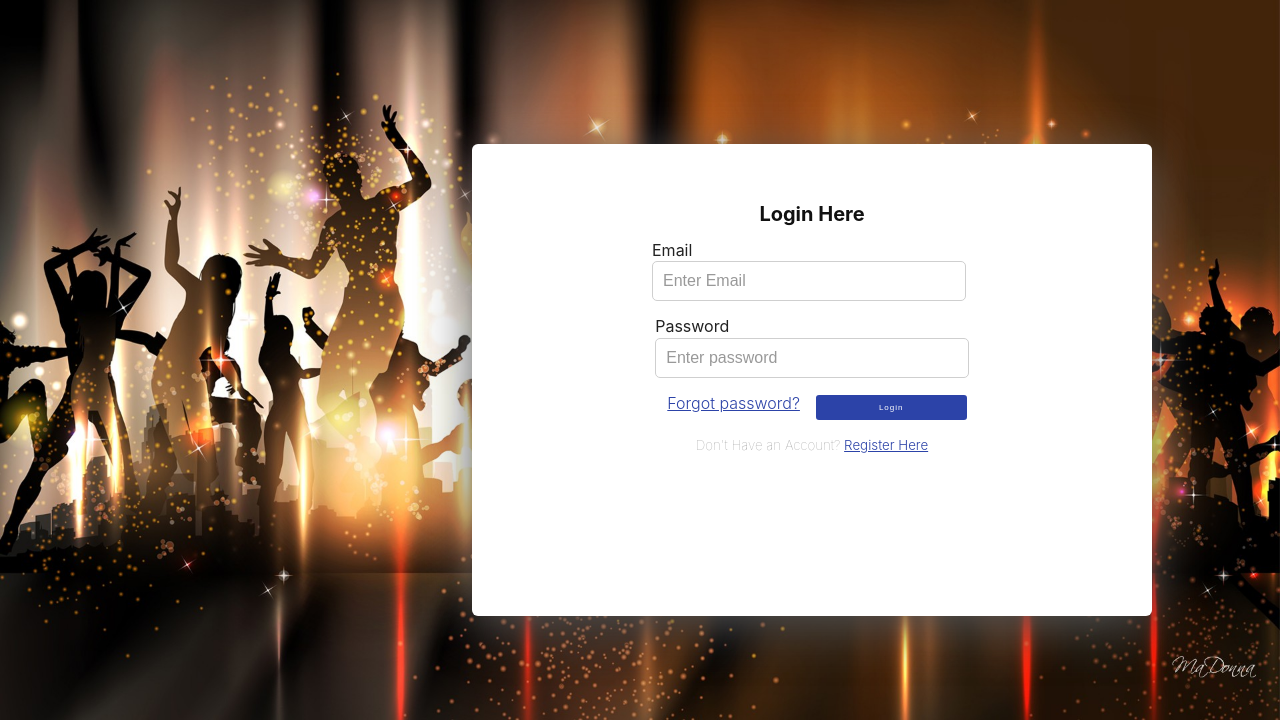
Repository: Fortune-Labs/Event-management-system-CapstoneG3
Page: /login (app in frontend/)
The author's editor kept a copy of each file at every save. The page is drawn from the files as they stood at one save, then again after the next save.
The browser window is 1280 px wide. The pictures show the whole page.
The project was rebuilt for these pictures with package versions that can differ from the ones it lists, and the page was loaded fresh each time. Also part of the build but not shown: frontend/src/components/LoginSignup/errorMessages.js, frontend/src/components/LoginSignup/register.jsx, frontend/src/components/LoginSignup/verificationCode.jsx, frontend/src/components/LoginSignup/passwordReset.jsx.

Above is the page before, as saved 2020-09-09 16:16:27.

After the next save:
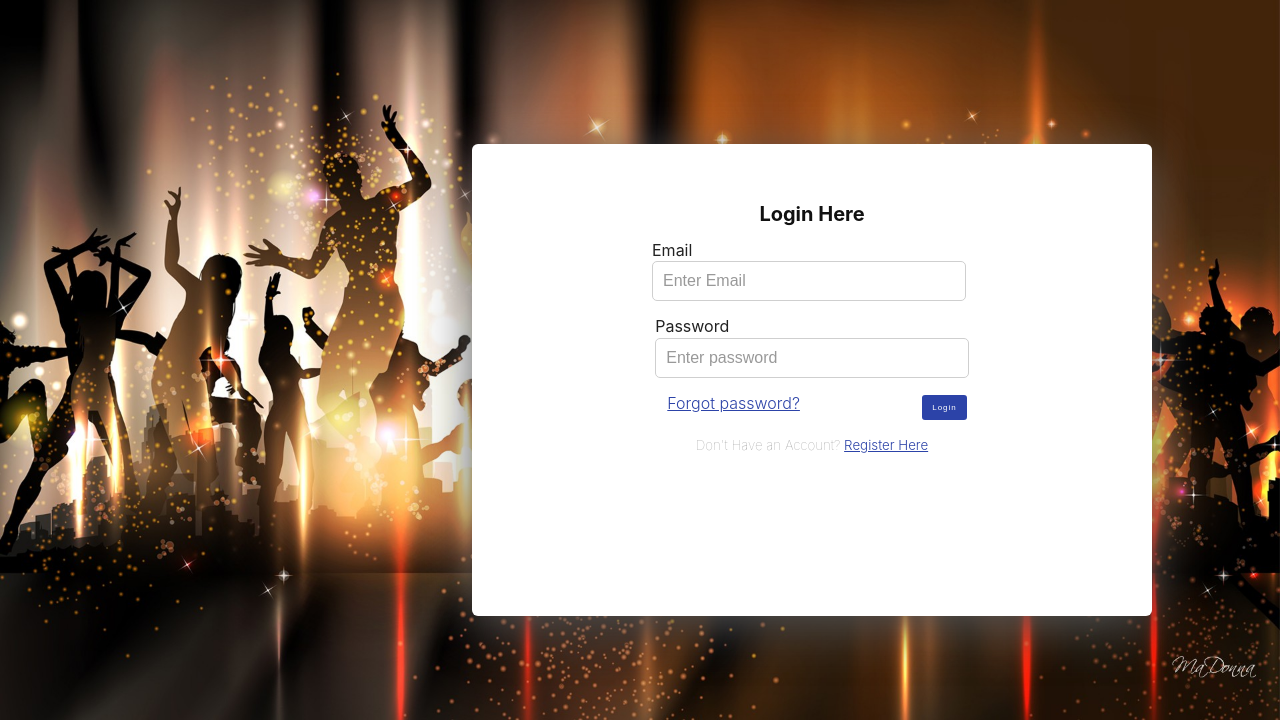
Saved 2 min 18 s later.
--- a/frontend/src/components/LoginSignup/style.css
+++ b/frontend/src/components/LoginSignup/style.css
@@ -235,14 +235,12 @@ input::placeholder {
   color: #fff;
   border: 2px solid #fff;
   border-radius: 5px;
-  width: 200%;
-  padding: 8px 0px;
+  padding: 8px 10px;
   text-align: center;
   font-size: 0.5em;
   font-weight: lighter;
   letter-spacing: 1px;
   margin-bottom: 0.25em;
-  margin-left: 1%;
   justify-content: flex-end;
 }
 
